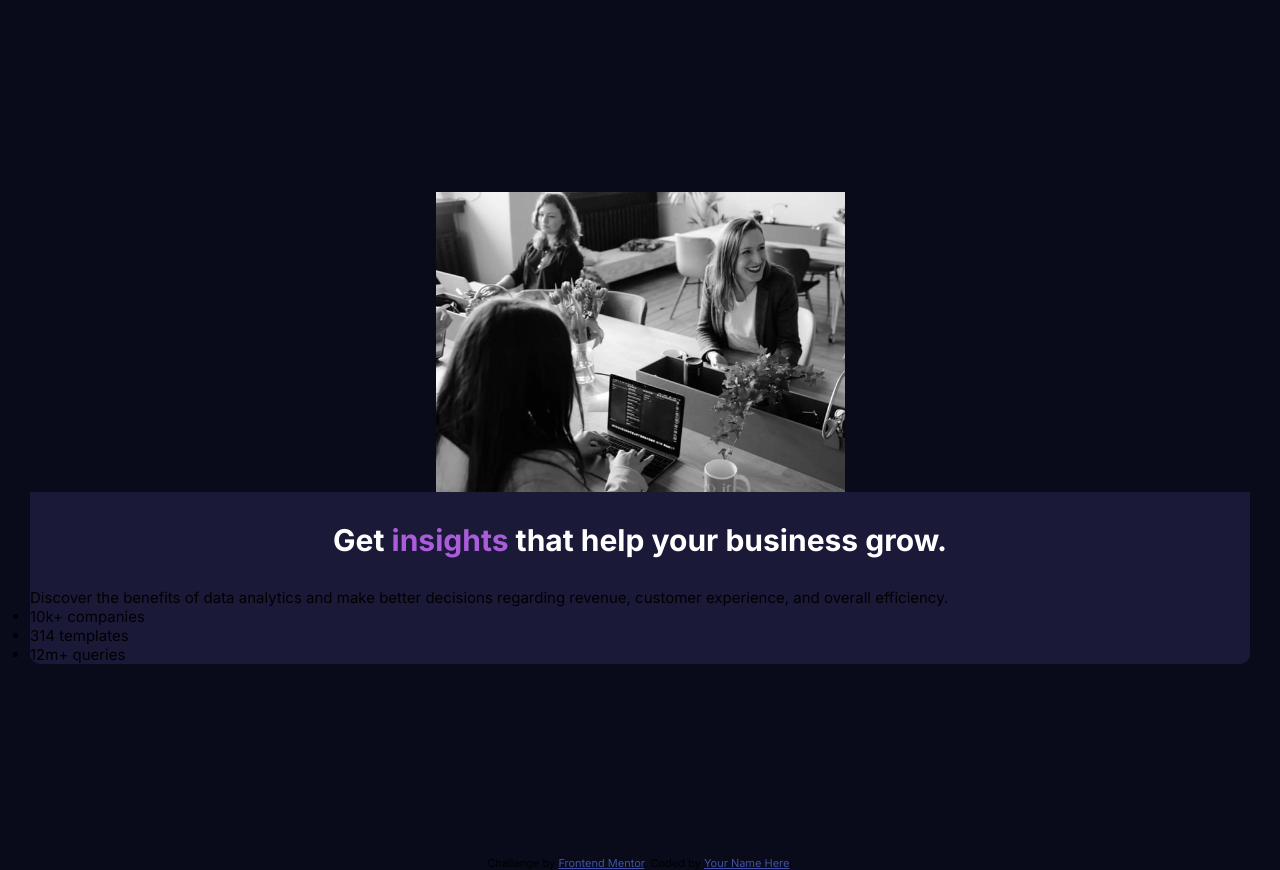
Repository: DejV44/stats-preview-card-component-main
Page: index.html
An editor plug-in stored every save of this project. The page is shown before and after the next save, followed by the edit.
The browser window is 1280 px wide. The pictures show the whole page.
The style sheet was rebuilt from its Sass, Less or Tailwind sources for each picture, by a compiler version that may differ from the author's.

Above is the page before, as saved 2021-07-05 00:05:55.

After the next save:
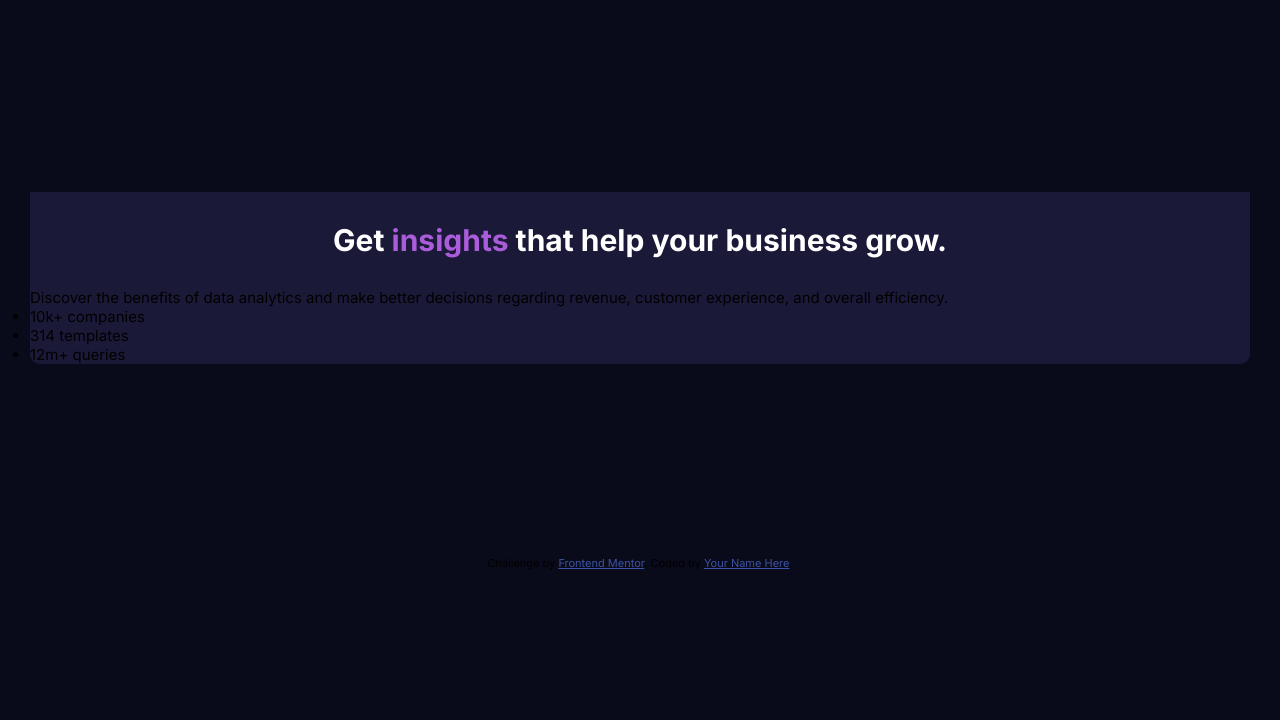
Saved 6 s later.
--- a/css/style.scss
+++ b/css/style.scss
@@ -31,7 +31,7 @@ body {
       background-position: center;
       background-size: contain;
       background-repeat: no-repeat;
-      height: 300px;
+
     }
 
     .card {
